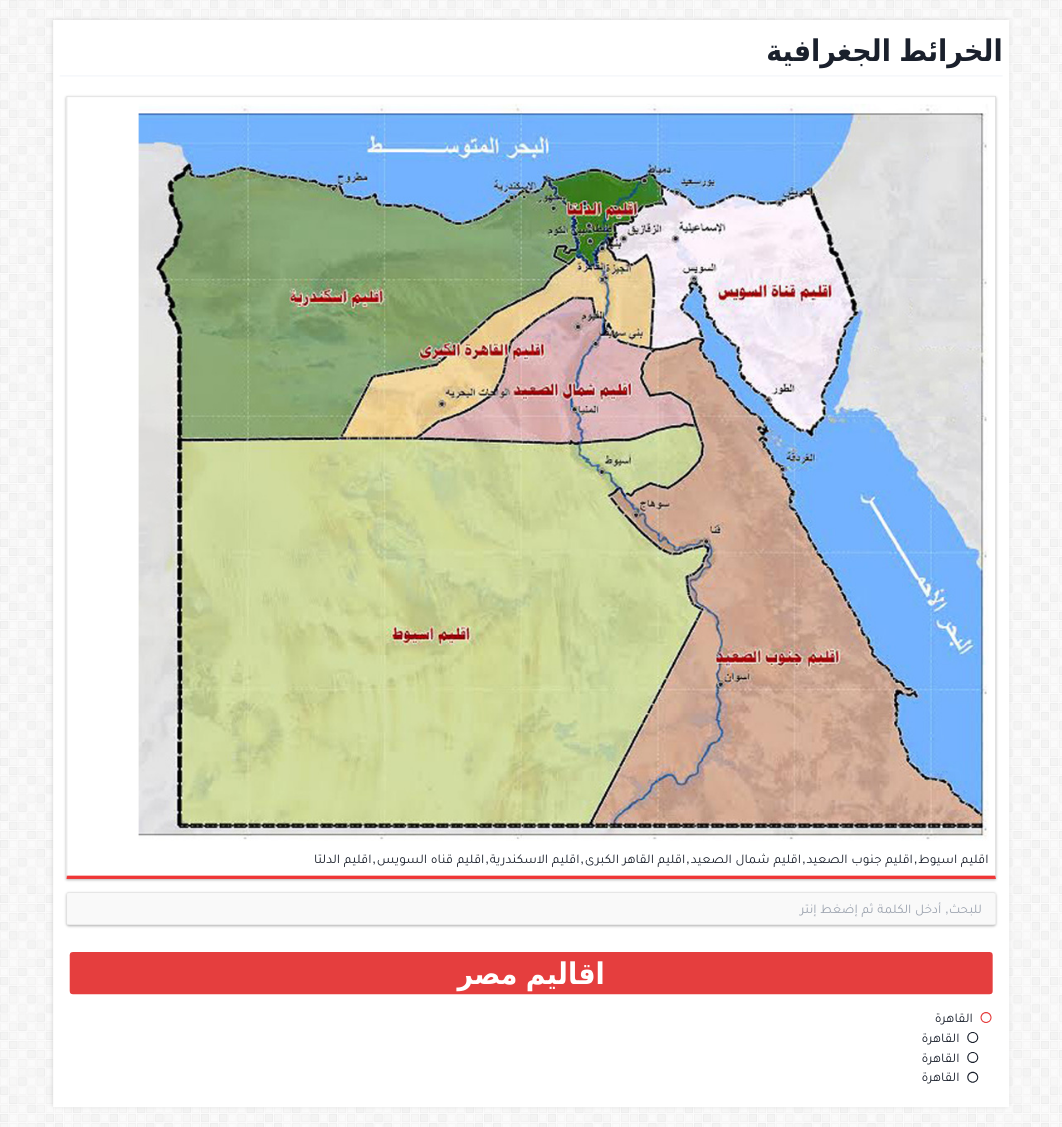
Repository: ahmed-mohamed-eng/egypt-gov-map
Page: /
The author's editor kept a copy of each file at every save. The page is drawn from the files as they stood at one save, then again after the next save.
The browser window is 1280 px wide. The pictures show the whole page, at 83% of full size.
Some web fonts or font styles are not loaded; a fallback is used. The project was rebuilt for these pictures with package versions that can differ from the ones it lists, and the page was loaded fresh each time. The framework's server and built-in components were replaced by stand-ins that run in the browser. Also part of the build but not shown: next.config.js.

Above is the page before, as saved 2022-05-30 14:22:01.

### pages/_app.tsx
import "../styles/globals.css";

import type { AppProps } from "next/app";

import { ChakraProvider, extendTheme } from "@chakra-ui/react";

const theme = extendTheme({
  fonts: {
    heading: `Arial, Helvetica,"Aref Ruqaa" ,'Segoe UI', Tahoma, Geneva, Verdana, sans-serif`,
  },
});

function MyApp({ Component, pageProps }: AppProps) {
  return (
    <ChakraProvider theme={theme}>
      <Component {...pageProps} />
    </ChakraProvider>
  );
}

export default MyApp;

### pages/_document.tsx
import Document, {
  Html,
  Head,
  Main,
  NextScript,
  DocumentContext,
} from "next/document";

class MyDocument extends Document {
  static async getInitialProps(ctx: DocumentContext) {
    const initialProps = await Document.getInitialProps(ctx);
    return { ...initialProps };
  }

  render() {
    return (
      <Html dir="rtl" lang="ar">
        <Head />
        <body>
          <Main />
          <NextScript />
        </body>
      </Html>
    );
  }
}

export default MyDocument;

### pages/index.tsx
import type { NextPage } from "next";

// Custom Components
import Header from "../components/Header";
import PageContainer from "../components/PageContainer";
import MainContentArea from "../components/MainContentArea";

const Home: NextPage = () => {
  return (
    <PageContainer>
      <Header headerTitle="الخرائط الجغرافية" />
      <MainContentArea />
    </PageContainer>
  );
};

export default Home;

### styles/globals.css
@import url("https://fonts.googleapis.com/css2?family=Amiri:ital,wght@0,700;1,400;1,700&family=Aref+Ruqaa:wght@400;700&family=Tajawal:wght@300;400;500;700;800;900&display=swap");

@tailwind base;
@tailwind components;
@tailwind utilities;

html,
body {
  padding: 0;
  margin: 0;
  font-family: -apple-system, BlinkMacSystemFont, Segoe UI, Roboto, Oxygen,
    Ubuntu, Cantarell, Fira Sans, Droid Sans, Helvetica Neue, sans-serif;
}

a {
  color: inherit;
  text-decoration: none;
}

* {
  box-sizing: border-box;
  font-family: Arial, Helvetica, "Tajawal", "Aref Ruqaa", "Segoe UI", Tahoma,
    Geneva, Verdana, sans-serif;
}

### components/Header/index.tsx
export { Header as default } from "./Header";

### components/PageContainer/index.tsx
export { PageContainer as default } from "./PageContainer";

### components/MainContentArea/index.tsx
export { MainContentArea as default } from "./MainContentArea";

### components/Header/Header.tsx
import { Divider, Flex, Heading, VStack } from "@chakra-ui/react";

export interface HeaderProps {
  headerTitle: string;
}

export const Header = (props: HeaderProps) => {
  return (
    <VStack
      as="header"
      w="full"
      justifyContent="center"
      alignItems="center"
      fontSize="1.5rem"
      fontFamily="arabic"
      flex="1"
    >
      <Heading w="full" textAlign="right" as="h1">
        {props.headerTitle}
      </Heading>
      <Flex w="full">
        <Divider orientation="horizontal" />
      </Flex>
    </VStack>
  );
};

### components/PageContainer/PageContainer.tsx
import { Center, Flex, VStack } from "@chakra-ui/react";

// import bgImage from "../../images/backgroundImage.png";

export const PageContainer = (props: any) => {
  return (
    <Flex backgroundImage={`url(/images/backgroundImage.png)`}>
      <Center w="full" h="full" py="1.5rem">
        <VStack
          bgColor="white"
          width={["90vw"]}
          minH="95vh"
          boxShadow="0 0 5px #CACACA"
          py="1rem"
          px="0.5rem"
          spacing="1rem"
        >
          {props.children}
        </VStack>
      </Center>
    </Flex>
  );
};

### components/MainContentArea/MainContentArea.tsx
import { VStack } from "@chakra-ui/react";

// Custom Components.
import MapArea from "./MapArea";
import SearchBox from "./SearchBox";
import StripeSeparator from "./StripeSeparator";
import QuickNavigationArea from "./QuickNavigationArea";

export const MainContentArea = () => {
  return (
    <VStack as="main" w="full" p="0.5rem" spacing="1rem" flex="14">
      <MapArea />
      <SearchBox placeholderTxt="للبحث, أدخل الكلمة ثم إضغط إنتر" />
      <StripeSeparator />
      <QuickNavigationArea />
    </VStack>
  );
};

### components/MainContentArea/MapArea/index.tsx
export { MapArea as default } from "./MapArea";

### components/MainContentArea/SearchBox/index.tsx
export { SearchBox as default } from "./SearchBox";

### components/MainContentArea/StripeSeparator/index.tsx
export { StripeSeparator as default } from "./StripeSeparator";

### components/MainContentArea/QuickNavigationArea/index.tsx
export { QuickNavigationArea as default } from "./QuickNavigationArea";

### components/MainContentArea/MapArea/MapArea.tsx
import { VStack } from "@chakra-ui/react";

// Custom Components.
import MapImage from "./MapImage";
import MapInfoDisplayedLinks from "./MapInfoDisplayedLinks";

// Constants.
import provinces from "../../../constants/provinces";

export const MapArea = () => {
  return (
    <VStack
      borderWidth="thin"
      borderColor="red.500"
      boxShadow="0 1px 3px 0 #b5b5b5"
      border="1px solid #DDD"
      borderBottom="4px solid #ef3636"
      p="0.5rem"
      w="full"
      spacing="0.5rem"
    >
      <MapImage />
      <MapInfoDisplayedLinks
        breadcrumbItems={provinces}
      />
    </VStack>
  );
};

### components/MainContentArea/SearchBox/SearchBox.tsx
import { Input } from "@chakra-ui/react";

export interface SearchBoxProps {
  placeholderTxt: string;
}

export const SearchBox = (props: SearchBoxProps) => {
  return (
    <Input
      w="full"
      backgroundColor="#F9F9F9"
      borderColor="#F1F1F1"
      borderTopColor="#DDD"
      borderBottomColor="#DDD"
      boxShadow="0 1px 3px 0 #B5B5B5"
      borderRadius="3px"
      placeholder={props.placeholderTxt}
    />
  );
};

### components/MainContentArea/StripeSeparator/StripeSeparator.tsx
import { Box } from "@chakra-ui/react";

export const StripeSeparator = () => {
  return <Box w="full" bgImage="url(/images/stripe.png)"></Box>;
};

### components/MainContentArea/QuickNavigationArea/QuickNavigationArea.tsx
import { VStack, Heading } from "@chakra-ui/react";
import CitiesList from "./CitiesList";

export const QuickNavigationArea = () => {
  return (
    <VStack w="full" spacing="1rem" px="0.25rem">
      <Heading
        w="full"
        h="fit-content"
        borderRadius="0.25rem"
        color="white"
        bg="red.500"
        p="0.25rem"
        textAlign="center"
      >
        اقاليم مصر
      </Heading>
      <CitiesList
        list={[
          {
            provinceName: "القاهرة",
            url: "https://www.google.com",
            childItems: [
              {
                cityName: "القاهرة",
                url: "https://www.google.com/",
              },
              {
                cityName: "القاهرة",
                url: "https://www.google.com/",
              },
              {
                cityName: "القاهرة",
                url: "https://www.google.com/",
              },
            ],
          },
        ]}
      />
    </VStack>
  );
};

### components/MainContentArea/MapArea/MapImage/index.tsx
export { MapImage as default } from "./MapImage";

### components/MainContentArea/MapArea/MapInfoDisplayedLinks/index.tsx
export { MapInfoDisplayedLinks as default } from "./MapInfoDisplayedLinks";

### constants/provinces.ts
import { BreadcrumbElement } from "../components/MainContentArea/MapArea/MapInfoDisplayedLinks/MapInfoDisplayedLinks";

const provinces: Array<BreadcrumbElement> = [
  {
    text: "اقليم اسيوط",
    url: "#",
  },
  {
    text: "اقليم جنوب الصعيد",
    url: "#",
  },
  {
    text: "اقليم شمال الصعيد",
    url: "#",
  },
  {
    text: "اقليم القاهر الكبرى",
    url: "#",
  },
  {
    text: "اقليم الاسكندرية",
    url: "#",
  },
  {
    text: "اقليم قناه السويس",
    url: "#",
  },
  {
    text: "اقليم الدلتا",
    url: "#",
  },
];

export default provinces;

### components/MainContentArea/QuickNavigationArea/CitiesList/index.tsx
export { CitiesList as default } from "./CitiesList";

### components/MainContentArea/MapArea/MapImage/MapImage.tsx
import React from "react";

import { Flex, Image } from "@chakra-ui/react";

// Images Sources.
import mapImage from "../../../../images/Egypt_Provinces.jpg";

export const MapImage = () => {
  return (
    <Flex w="full">
      <Image mixBlendMode="multiply" src={mapImage.src} alt="Egypt Province Map" />
    </Flex>
  );
};

### components/MainContentArea/MapArea/MapInfoDisplayedLinks/MapInfoDisplayedLinks.tsx
import { v4 as uuidV4 } from "uuid";

import { Breadcrumb, BreadcrumbItem, BreadcrumbLink } from "@chakra-ui/react";

export type BreadcrumbElement = {
  url: string;
  text: string;
};

export interface MapInfoDisplayedLinksProps {
  breadcrumbItems: Array<BreadcrumbElement>;
}

export const MapInfoDisplayedLinks = (props: MapInfoDisplayedLinksProps) => {
  const breadcrumbItems = props.breadcrumbItems.map((item) => {
    return (
      <BreadcrumbItem key={uuidV4()}>
        <BreadcrumbLink
          maxW="fit-content"
          _hover={{
            textDecoration: "none",
            fontWeight: "600",
          }}
          href={item.url}
        >
          {item.text}
        </BreadcrumbLink>
      </BreadcrumbItem>
    );
  });

  return (
    <Breadcrumb spacing="1px" separator="," w="full">
      {breadcrumbItems}
    </Breadcrumb>
  );
};

### components/MainContentArea/QuickNavigationArea/CitiesList/CitiesList.tsx
import { v4 as uuidV4 } from "uuid";

import { List, ListItem, ListIcon } from "@chakra-ui/react";

import { BiCircle } from "react-icons/bi";

export type city = {
  cityName: string;
  url: string;
};

export type province = {
  provinceName: string;
  url: string;
  childItems: Array<city>;
};

export interface CitiesListProps {
  list: Array<province>;
}

export const CitiesList = (props: CitiesListProps) => {
  const items = props.list.map((item, parentIndex) => {
    return (
      <List key={uuidV4()}>
        <ListItem as="a" href={item.url}>
          <ListIcon as={BiCircle} color="red.500" fill="red.500" />
          {item.provinceName}
        </ListItem>
        {item.childItems.map((childItem) => {
          return (
            <List key={uuidV4()} pr={`${parentIndex + 1}rem`}>
              <ListItem as="a" href={childItem.url}>
                <ListIcon as={BiCircle} />
                {childItem.cityName}
              </ListItem>
            </List>
          );
        })}
      </List>
    );
  });
  return <List w="full">{items}</List>;
};

Loaded but not shown: tailwind.config.js (common file)

After the next save:
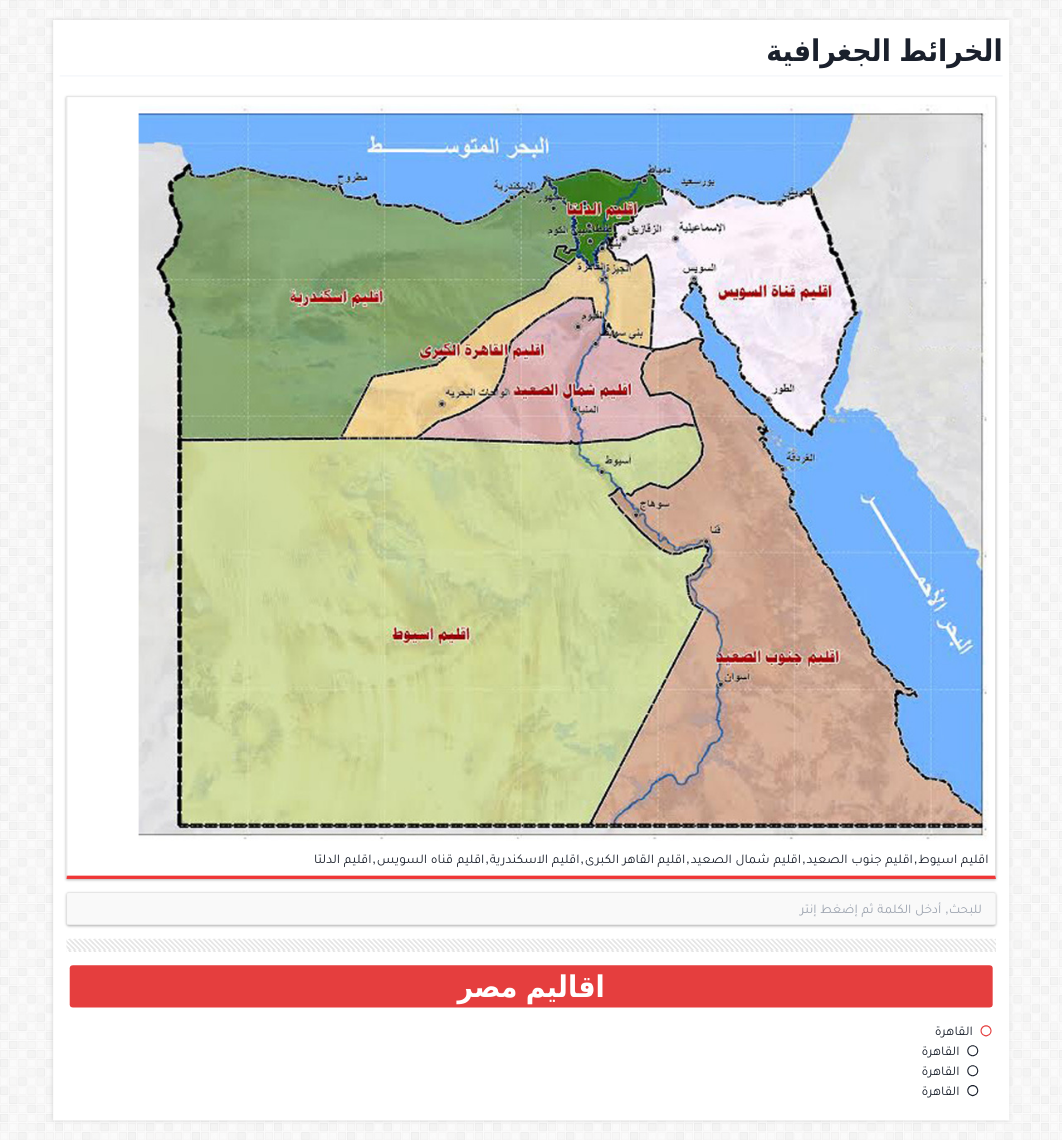
Saved 17 s later.
--- a/components/MainContentArea/StripeSeparator/StripeSeparator.tsx
+++ b/components/MainContentArea/StripeSeparator/StripeSeparator.tsx
@@ -1,5 +1,5 @@
 import { Box } from "@chakra-ui/react";
 
 export const StripeSeparator = () => {
-  return <Box w="full" bgImage="url(/images/stripe.png)"></Box>;
+  return <Box w="full" bgImage="url(/images/stripe.png)" h="1rem"></Box>;
 };
